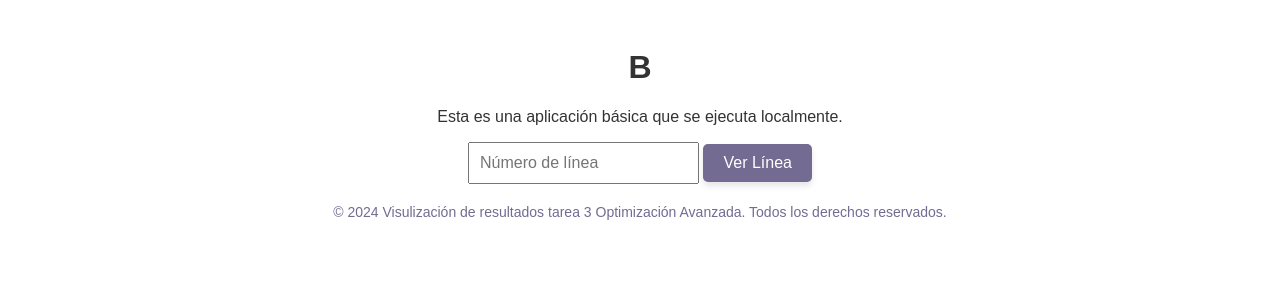
Repository: cflorido/Front_T3
Page: index.html
These files come from the project's save history. The page is drawn as it stood at one moment and after the next save; the edit follows.
The browser window is 1280 px wide. The pictures show the whole page.

Above is the page before, as saved 2024-10-22 19:02:46.

### index.html
<!DOCTYPE html>
<html lang="es">
<head>
    <meta charset="UTF-8">
    <meta name="viewport" content="width=device-width, initial-scale=1.0">
    <title>Mi Aplicación HTML Básica</title>
    <style>
        body {
            font-family: Arial, sans-serif;
            background-color: #ffffff; /* Color de fondo */
            color: #333;
            text-align: center;
            padding: 20px;
        }
        button {
            padding: 10px 20px;
            font-size: 16px;
            cursor: pointer;
            background-color: #736B92; /* Color de fondo del botón */
            color: white; /* Color del texto */
            border: none; /* Sin borde */
            border-radius: 5px; /* Bordes redondeados */
            transition: background-color 0.3s; /* Efecto de transición */
            box-shadow: 0 4px 6px rgba(0, 0, 0, 0.1); /* Sombra */
        }
        button:hover {
            background-color: #7D5C65; /* Color más oscuro al pasar el mouse */
        }
        #contenido {
            margin-top: 20px;
            padding: 10px;
            border: 1px solid #7C90DB; /* Borde color */
            background-color: #fff; /* Fondo blanco */
            border-radius: 8px; /* Bordes redondeados */
            box-shadow: 0 2px 10px rgba(0, 0, 0, 0.2); /* Sombra */
            display: none; /* Oculto por defecto */
        }
        table {
            margin: 20px auto;
            border-collapse: collapse;
            width: 80%;
            border-radius: 8px; /* Bordes redondeados */
            overflow: hidden; /* Esconde bordes */
        }
        th, td {
            border: 1px solid #736B92; /* Borde de las celdas */
            padding: 10px;
            text-align: center;
            width: 14.28%; /* Para que se divida el espacio en 7 columnas */
        }
        th {
            background-color: #9593D9; /* Color de fondo del encabezado */
            color: white; /* Color del texto en el encabezado */
            font-weight: bold; /* Texto en negrita */
        }
        td {
            background-color: #E5BEED; /* Color de fondo de las celdas */
            transition: background-color 0.3s; /* Efecto de transición */
        }
        td.utilizado {
            background-color: #7C90DB; /* Color para las franjas utilizadas */
            color: white; /* Color del texto en las celdas utilizadas */
            font-weight: bold; /* Texto en negrita */
        }
        .footer {
            margin-top: 20px;
            font-size: 14px;
            color: #736B92; /* Color del texto del pie de página */
        }
    </style>
</head>
<body>
    <h1>B</h1>
    <p>Esta es una aplicación básica que se ejecuta localmente.</p>

    <input type="number" id="numeroLinea" placeholder="Número de línea" min="1" style="padding: 10px; font-size: 16px;">
    <button onclick="cargarLinea()">Ver Línea</button>

    <div id="contenido"></div>

    <div class="footer">
        <p>&copy; 2024 Visulización de resultados tarea 3 Optimización Avanzada. Todos los derechos reservados.</p>
    </div>

    <script>
        let lineas = []; // Array para almacenar las líneas del archivo

        // Función para cargar el contenido del archivo y dividirlo en líneas
        function cargarContenido() {
            fetch('data.txt')
                .then(response => {
                    if (!response.ok) {
                        throw new Error('Error al cargar el archivo: ' + response.statusText);
                    }
                    return response.text();
                })
                .then(data => {
                    lineas = data.split('\n'); // Divide el contenido en líneas
                })
                .catch(error => {
                    console.error(error);
                    alert('No se pudo cargar el contenido.');
                });
        }

        // Función para mostrar la línea seleccionada
        function cargarLinea() {
            const numeroLinea = document.getElementById("numeroLinea").value;
            const contenidoDiv = document.getElementById("contenido");

            // Verificar si el número de línea es válido
            if (numeroLinea > 0 && numeroLinea <= lineas.length) {
                const horario = JSON.parse(lineas[numeroLinea - 1]); // Parsear la línea como JSON
                mostrarHorario(horario); // Mostrar el horario en forma de tabla
                contenidoDiv.style.display = 'block'; // Muestra el div
            } else {
                alert('Número de línea no válido. Intenta de nuevo.');
            }
        }

        // Función para mostrar el horario en una tabla
        function mostrarHorario(horario) {
            const contenidoDiv = document.getElementById("contenido");
            contenidoDiv.innerHTML = ''; // Limpiar el contenido previo

            // Crear la tabla
            const tabla = document.createElement('table');
            const thead = document.createElement('thead');
            const tbody = document.createElement('tbody');

            // Crear encabezado de la tabla
            const encabezado = document.createElement('tr');
            const dias = ['Franja Horaria', 'Lunes', 'Martes', 'Miércoles', 'Jueves', 'Viernes', 'Sábado', 'Domingo'];
            dias.forEach(dia => {
                const th = document.createElement('th');
                th.textContent = dia;
                encabezado.appendChild(th);
            });
            thead.appendChild(encabezado);
            tabla.appendChild(thead);

            // Crear filas de horarios
            for (let i = 0; i < 12; i++) { // 12 franjas horarias
                const fila = document.createElement('tr');

                // Calcular la franja horaria
                const horaInicio = (i * 2) % 24;
                const horaFin = (horaInicio + 2) % 24;
                const franjaHoraria = `${horaInicio < 10 ? '0' : ''}${horaInicio}:00 - ${horaFin < 10 ? '0' : ''}${horaFin}:00`;

                // Añadir la franja horaria a la celda
                const celdaFranja = document.createElement('td');
                celdaFranja.textContent = franjaHoraria;
                fila.appendChild(celdaFranja);

                for (let j = 0; j < 7; j++) { // 7 días de la semana
                    const celda = document.createElement('td');
                    celda.textContent = horario[i * 7 + j]; // Calcular la posición en el array
                    if (horario[i * 7 + j] === 1) {
                        celda.classList.add('utilizado'); // Añadir clase si es utilizado
                    }
                    fila.appendChild(celda);
                }
                tbody.appendChild(fila);
            }

            tabla.appendChild(tbody);
            contenidoDiv.appendChild(tabla);
        }

        // Cargar el contenido del archivo al inicio
        cargarContenido();
    </script>
</body>
</html>

After the next save:
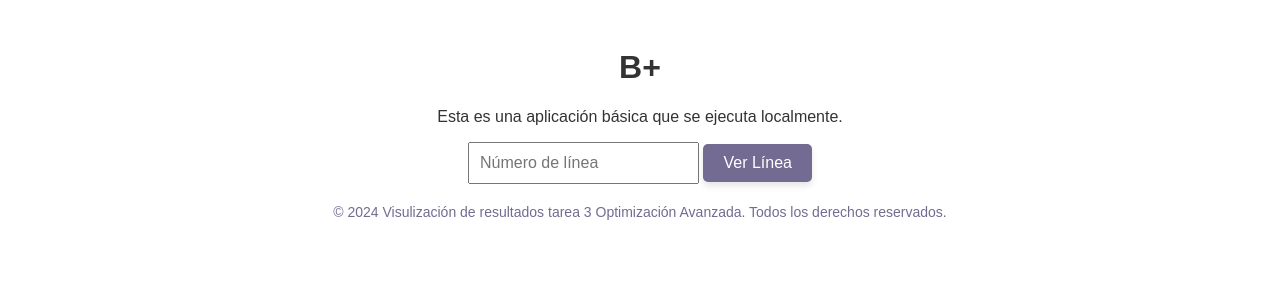
Saved 82 s later.
--- a/index.html
+++ b/index.html
@@ -54,7 +54,7 @@
             font-weight: bold; /* Texto en negrita */
         }
         td {
-            background-color: #E5BEED; /* Color de fondo de las celdas */
+            background-color: #ffffff; /* Color de fondo de las celdas */
             transition: background-color 0.3s; /* Efecto de transición */
         }
         td.utilizado {
@@ -70,7 +70,7 @@
     </style>
 </head>
 <body>
-    <h1>B</h1>
+    <h1>B+</h1>
     <p>Esta es una aplicación básica que se ejecuta localmente.</p>
 
     <input type="number" id="numeroLinea" placeholder="Número de línea" min="1" style="padding: 10px; font-size: 16px;">
